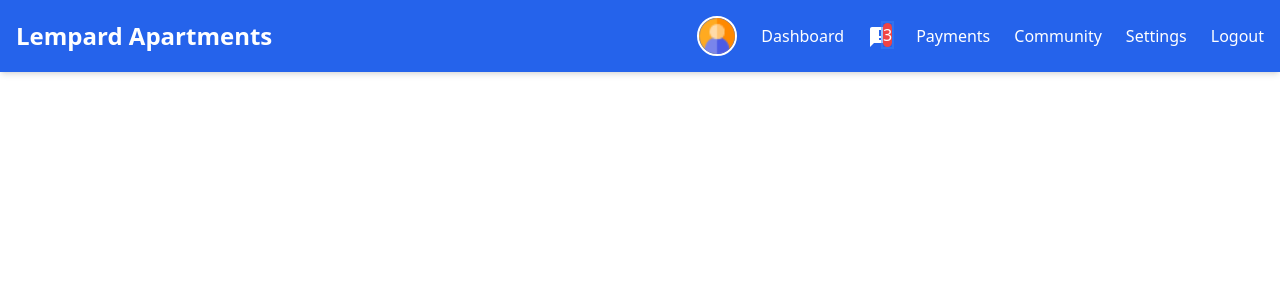
Repository: makanda596/system
Page: /home (app in client/)
These files come from the project's save history. The page is drawn as it stood at one moment and after the next save; the edit follows.
The browser window is 1280 px wide. The pictures show the whole page.
The project was rebuilt for these pictures with package versions that can differ from the ones it lists, and the page was loaded fresh each time. Also part of the build but not shown: client/src/SignUpForm.jsx, client/src/LoginForm.jsx. Imported but missing from the stored project, and not drawn on this page: client/src/reportWebVitals.

Above is the page before, as saved 2024-12-03 09:32:01.

After the next save:
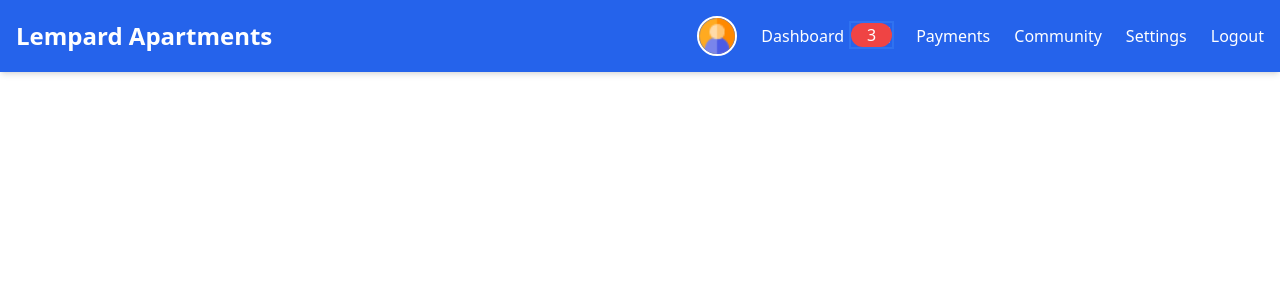
Saved 6 s later.
--- a/client/src/componets/Navbar.jsx
+++ b/client/src/componets/Navbar.jsx
@@ -30,7 +30,7 @@ function Navbar() {
                     <Link to="/dashboard" className="hover:text-blue-300">Dashboard</Link>
                     <div className="relative">
                         <span className="absolute top-0 right-0 inline-block   ring-2 ">
-                            {alert > 0 ? <p className='bg-red-500 rounded-full w-4.5 h-4.5 p x-4'>{alert} </p> : <p className='bg-green-500 ring-green'>0</p>}
+                            {alert > 0 ? <p className='bg-red-500 rounded-full w-4.5 h-4.5 px-4'>{alert} </p> : <p className='bg-green-500 ring-green'>0</p>}
                         </span>
                         <AnnouncementIcon />
                     </div>
